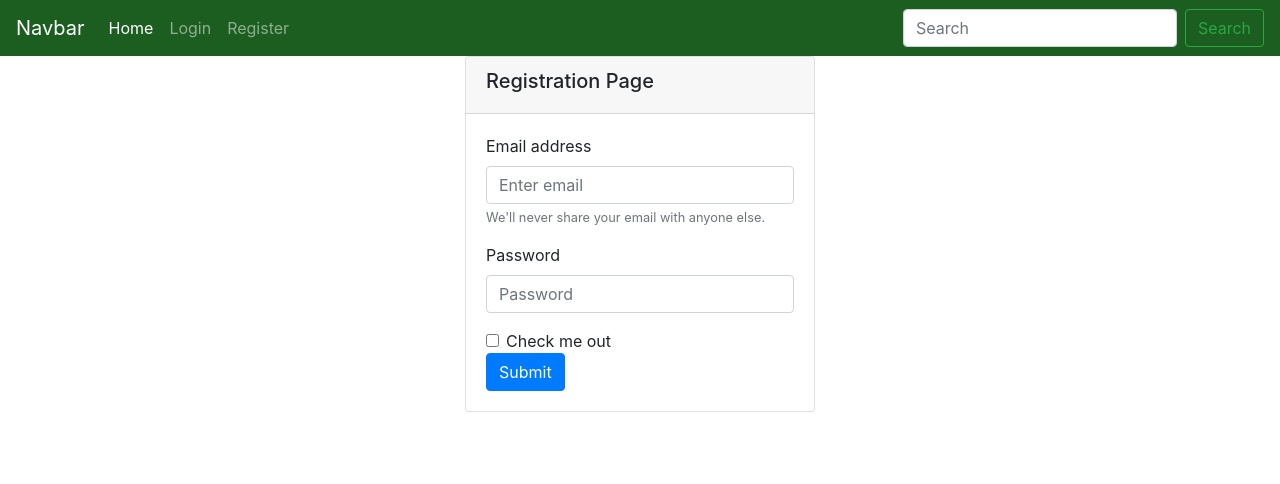
Repository: Chandnim0712/Ecommerce-Spring-Boot-Project
Page: http://localhost/LoginPage/register.jsp
An editor plug-in stored every save of this project. The page is shown before and after the next save, followed by the edit.
The browser window is 1280 px wide. The pictures show the whole page.
The page is served by Tomcat 9.

Above is the page before, as saved 2025-06-11 20:12:37.

After the next save:
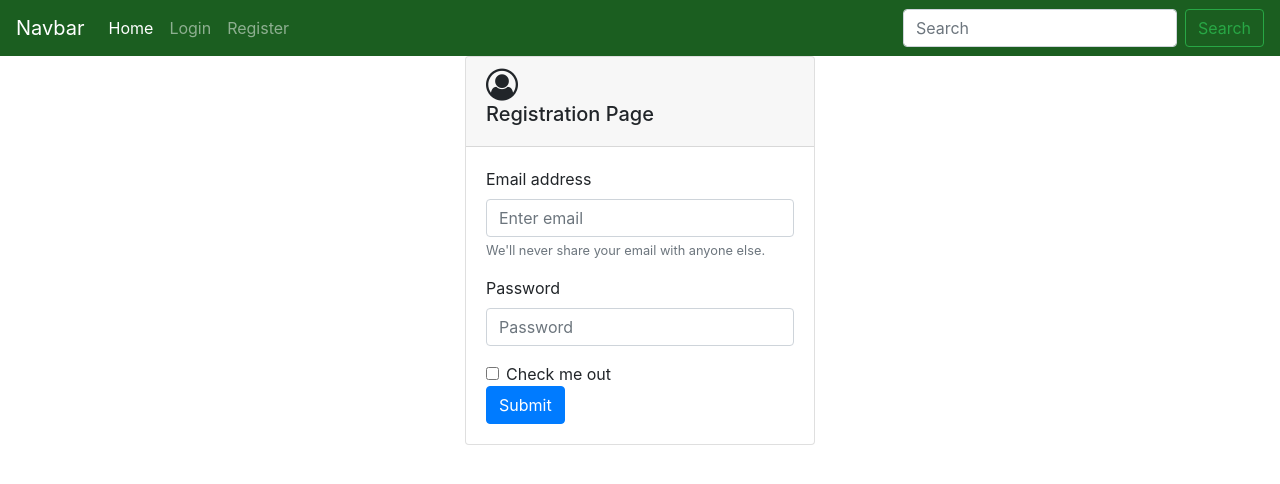
Saved 2 min 45 s later.
--- a/LoginPage/src/main/webapp/register.jsp
+++ b/LoginPage/src/main/webapp/register.jsp
@@ -51,7 +51,7 @@
 			<div class="col-md-4 offset-md-4">
 				<div class="card">
 					<div class="card-header">
-						<i class="fa-solid fa-circle-user fa-2x"></i>
+						<i class="fa fa-user-circle-o fa-2x"></i>
 						<h5>Registration Page</h5>
 					</div>
 					<div class="card-body">
